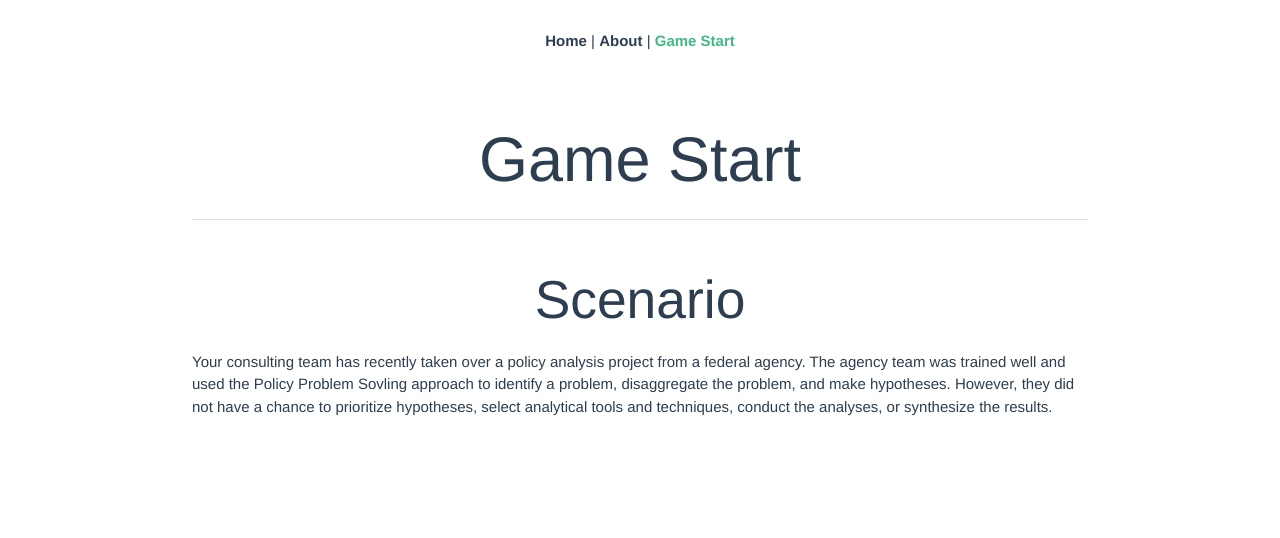
Repository: gallard28/posc4210app
Page: /#/start
An editor plug-in stored every save of this project. The page is shown before and after the next save, followed by the edit.
The browser window is 1280 px wide. The pictures show the whole page.
The project was rebuilt for these pictures with package versions that can differ from the ones it lists, and the page was loaded fresh each time. Also part of the build but not shown: src/views/Home.vue.

Above is the page before, as saved 2020-09-20 18:55:18.

After the next save:
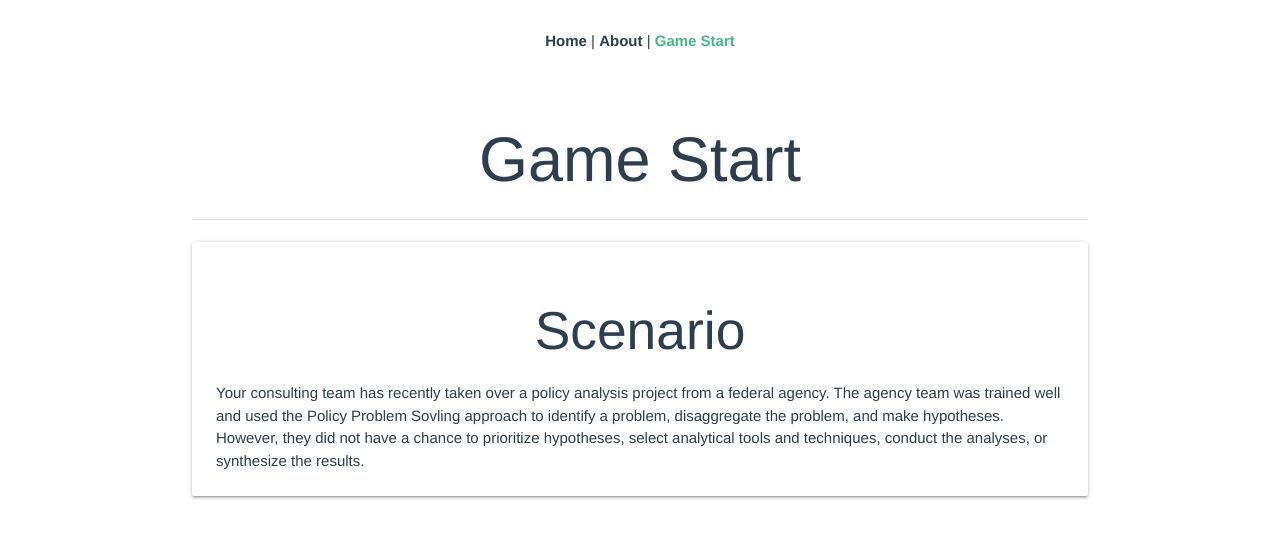
Saved 41 s later.
--- a/src/views/Start.vue
+++ b/src/views/Start.vue
@@ -3,10 +3,17 @@
     <h1>Game Start</h1>
     <div class="divider"></div>
     <div class="section">
-      <h2>Scenario</h2>
-      <p class="left-align">
-        Your consulting team has recently taken over a policy analysis project from a federal agency. The agency team was trained well and used the Policy Problem Sovling approach to identify a problem, disaggregate the problem, and make hypotheses. However, they did not have a chance to prioritize hypotheses, select analytical tools and techniques, conduct the analyses, or synthesize the results.
-      </p>
+      <div class="row">
+        <div class="card">
+          <div class="card-content">
+            <h2>Scenario</h2>
+            <p class="left-align">
+              Your consulting team has recently taken over a policy analysis project from a federal agency. The agency team was trained well and used the Policy Problem Sovling approach to identify a problem, disaggregate the problem, and make hypotheses. However, they did not have a chance to prioritize hypotheses, select analytical tools and techniques, conduct the analyses, or synthesize the results.
+            </p>
+          </div>
+        </div>
+      </div>
+
     </div>
   </div>
 </template>
